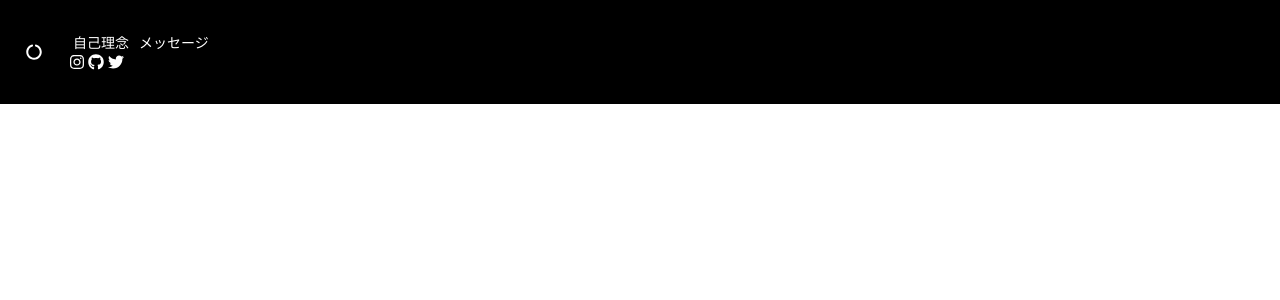
Repository: Rujuu-prog/react-mysite
Page: /
These files come from the project's save history. The page is drawn as it stood at one moment and after the next save; the edit follows.
The browser window is 1280 px wide. The pictures show the whole page.
The project was rebuilt for these pictures with package versions that can differ from the ones it lists, and the page was loaded fresh each time. A package was used in the major version that the imports need, not the one package.json lists.

Above is the page before, as saved 2021-05-12 22:18:51.

### src/App.tsx
import React from 'react';
import { BrowserRouter, Link, Switch, Route } from "react-router-dom";
// import { Router } from "./router/Router";
import './App.css';
import { PrimaryButton } from './components/atoms/button/PrimaryButton';
import { Github } from './components/atoms/icon/Github';
import { Instagram } from './components/atoms/icon/Instagram';
import { Twitter } from './components/atoms/icon/Twitter';
import { IconList } from './components/molecules/IconList';
import { HeaderOnly } from './components/templates/HeaderOnly';



export default function App() {
  return (
    // <BrowserRouter>
      <div className="App" >
        <HeaderOnly/>
      </div>
    // </BrowserRouter>
  );
}

### src/components/templates/HeaderOnly.tsx
import React from "react";
import { Link } from "react-router-dom";
import styled from "styled-components";

import { Header } from "../atoms/layout/Header";
import { SecondaryButton } from "../atoms/button/SecondaryButton"
import { IconList } from "../molecules/IconList";
import { SiteIcon } from "../atoms/icon/SiteIcon";
import { NaviBar } from "../atoms/layout/NaviBar";

type Props = {
    children?: React.ReactNode;
};

export const HeaderOnly: React.FC<Props> = ({children}) => {
    return (
    <>
        <Header>
            <SiteIcon/>
            <NaviBar/>
        </Header>
        {children}
    </>
    );
};


// const SLink = styled(Link)`
//     margin: 0 8px;
// `;

### src/components/atoms/layout/Header.tsx
import React from "react";
import styled from "styled-components";

import { PrimaryButton } from '../button/PrimaryButton'

type Props = {
    children?: React.ReactNode;
}

export const Header: React.FC<Props> = ({children}) => {
    return (<SHeader>{children}</SHeader>);
};

const SHeader = styled.header`
    display: flex;
    align-items: center;
    height: 20%;
    background-color: black;
    color: #fff;
    padding: 16px 24px;
`;

### src/components/atoms/icon/SiteIcon.tsx
import { faCircleNotch } from "@fortawesome/free-solid-svg-icons";
import { FontAwesomeIcon } from "@fortawesome/react-fontawesome"

const IconStyle = {
    padding:"2",
    fontsize:"50"
}

export const SiteIcon:React.FC = () => {
    return(<FontAwesomeIcon style={IconStyle} icon={faCircleNotch}></FontAwesomeIcon>);
}

### src/components/atoms/layout/NaviBar.tsx
import React from "react";
import { Link } from "react-router-dom";
import styled from "styled-components";

import { SecondaryButton } from "../button/SecondaryButton"
import { IconList } from "../../molecules/IconList";

type Props = {
    children?: React.ReactNode;
};

export const NaviBar: React.FC<Props> = ({children}) => {
    return (
    <>
        <SNavi>
            <SecondaryButton>自己理念</SecondaryButton>
            <SecondaryButton>メッセージ</SecondaryButton>
            <IconList/>
        </SNavi>
        {children}
    </>
    );
};


const SNavi = styled.div`
    // display: flex;
    // justify-content: space-between;
    // align-items: center;
    background-color: black;
    color: #fff;
    text-align: center;
    padding: 16px 24px;
`;

### src/components/atoms/button/SecondaryButton.tsx
import styled from "styled-components";

export const SecondaryButton = (props:any) => {
    const { children } = props;
    return <SButton>{children}</SButton>;
};

const SButton = styled.a`
    color: #fff;
    width: 10%;
    font-size: 14px;
    padding: 5px;
`;

### src/components/molecules/IconList.tsx
import React from "react";
import styled from "styled-components";
import { Github } from "../atoms/icon/Github";
import { Instagram } from "../atoms/icon/Instagram";
import { Twitter } from "../atoms/icon/Twitter";

export const IconList:React.FC = () => {
    return(
        <SIconContainer>
            <Instagram/>
            <Github/>
            <Twitter/>
        </SIconContainer>
    );
};

const SIconContainer = styled.div`
    display: flex;
    align-items: center;
`;

### src/components/atoms/icon/Github.tsx
import { faGithub } from "@fortawesome/free-brands-svg-icons";
import { FontAwesomeIcon } from "@fortawesome/react-fontawesome"

const IconStyle = {
    padding:"2",
    fontsize:"50"
}

export const Github:React.FC = () => {
    return(<FontAwesomeIcon style={IconStyle} icon={faGithub}></FontAwesomeIcon>);
}

### src/components/atoms/icon/Instagram.tsx
import { faInstagram } from "@fortawesome/free-brands-svg-icons";
import { FontAwesomeIcon } from "@fortawesome/react-fontawesome"

const IconStyle = {
    padding:"2",
    fontsize:"50"
}

export const Instagram:React.FC = () => {
    return(<FontAwesomeIcon style={IconStyle} icon={faInstagram}></FontAwesomeIcon>);
}

### src/components/atoms/icon/Twitter.tsx
import { faInstagram, faTwitter } from "@fortawesome/free-brands-svg-icons";
import { FontAwesomeIcon } from "@fortawesome/react-fontawesome"

const IconStyle = {
    padding:"2",
    fontsize:"50"
}

export const Twitter:React.FC = () => {
    return(<FontAwesomeIcon style={IconStyle} icon={faTwitter}></FontAwesomeIcon>);
}

Loaded but not shown: public/index.html (common file); src/index.tsx (common file); src/index.css (common file); src/reportWebVitals.ts (common file); src/App.css (common file)

After the next save:
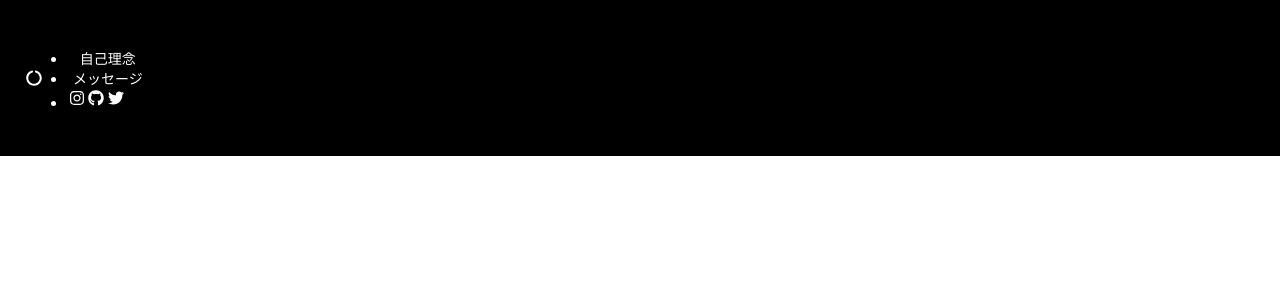
Saved 2 min 10 s later.
--- a/src/components/atoms/layout/NaviBar.tsx
+++ b/src/components/atoms/layout/NaviBar.tsx
@@ -13,9 +13,9 @@ export const NaviBar: React.FC<Props> = ({children}) => {
     return (
     <>
         <SNavi>
-            <SecondaryButton>自己理念</SecondaryButton>
-            <SecondaryButton>メッセージ</SecondaryButton>
-            <IconList/>
+            <li><SecondaryButton>自己理念</SecondaryButton></li>
+            <li><SecondaryButton>メッセージ</SecondaryButton></li>
+            <li><IconList/></li>
         </SNavi>
         {children}
     </>
@@ -23,7 +23,7 @@ export const NaviBar: React.FC<Props> = ({children}) => {
 };
 
 
-const SNavi = styled.div`
+const SNavi = styled.ul`
     // display: flex;
     // justify-content: space-between;
     // align-items: center;
